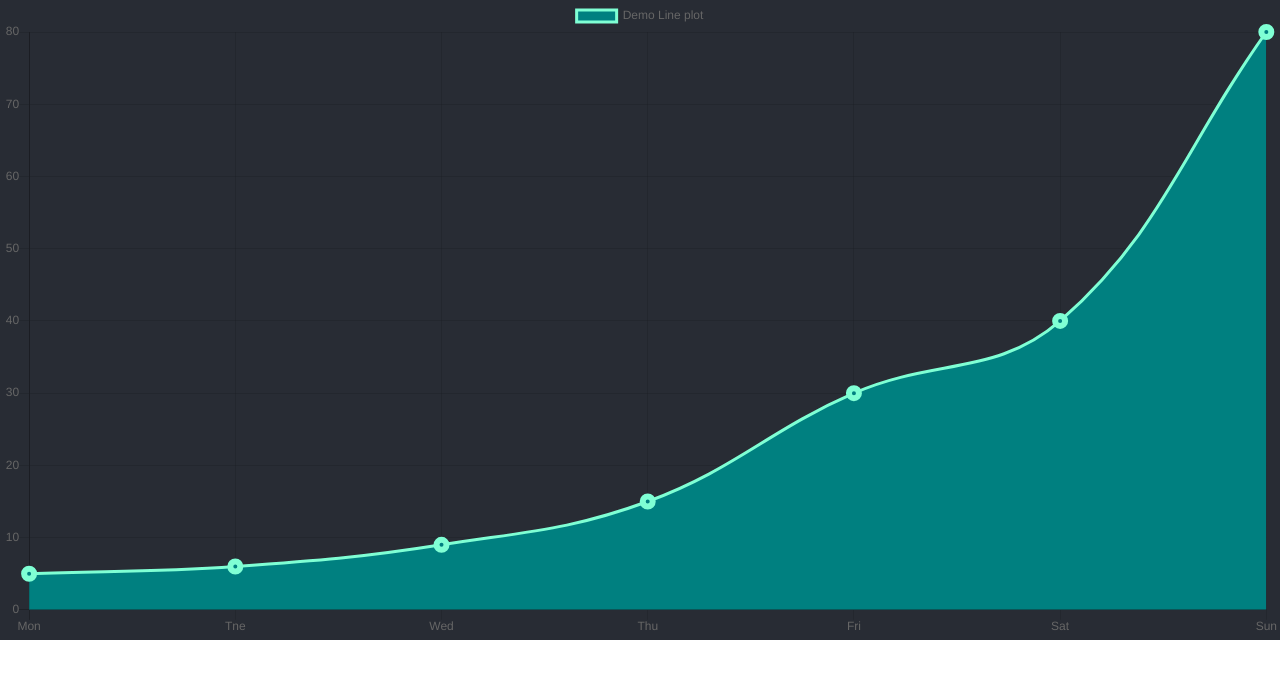
Repository: ShunsukeTanizaki/COVID19-Live
Page: /
The author's editor kept a copy of each file at every save. The page is drawn from the files as they stood at one save, then again after a run of saves.
The browser window is 1280 px wide. The pictures show the whole page.
The project was rebuilt for these pictures with package versions that can differ from the ones it lists, and the page was loaded fresh each time.

Above is the page before, as saved 2020-11-04 23:42:05.

After the next 2 saves:
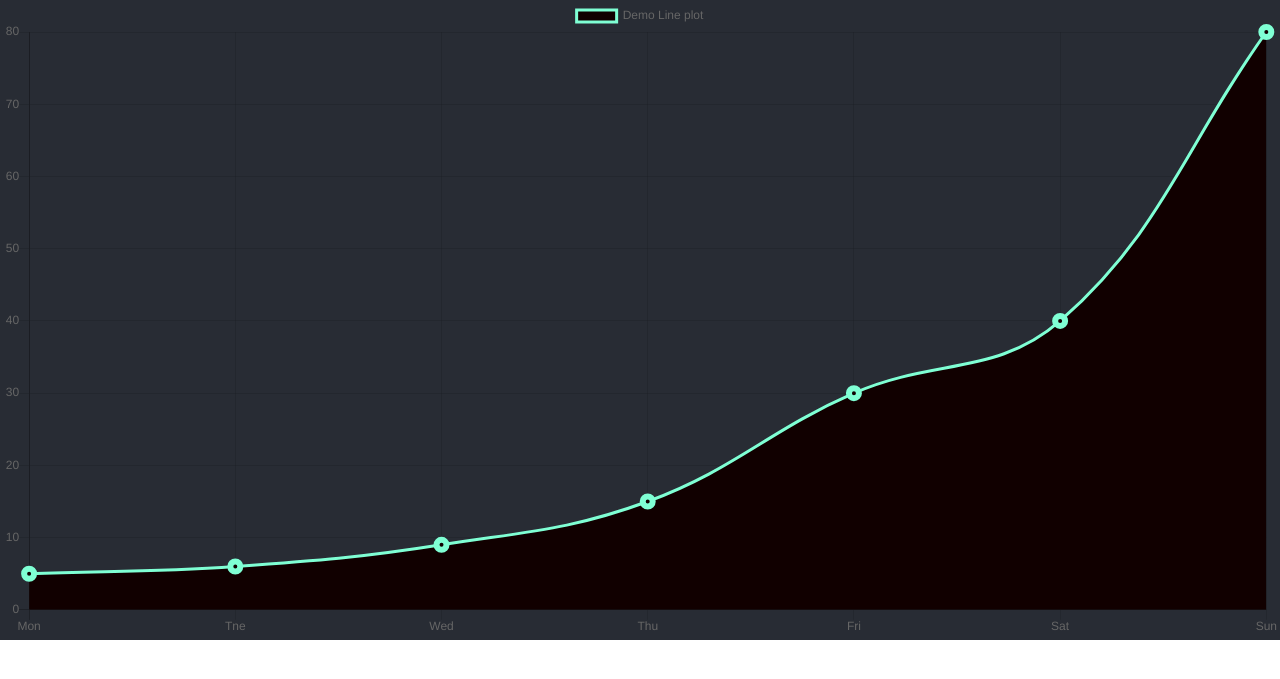
The 2 saves are shown as one change because 1 did not build or start.
The last was saved 51 s later.
--- a/src/components/LinePlot.tsx
+++ b/src/components/LinePlot.tsx
@@ -6,7 +6,7 @@ const data = {
     datasets: [
         {
             label: "Demo Line plot",
-            backgroundColor: "#008080",
+            backgroundColor: "#110000",
             borderColor: "#7fffd4",
             pointBorderWidth: 10,
             data: [5, 6, 9, 15, 30, 40, 80]
